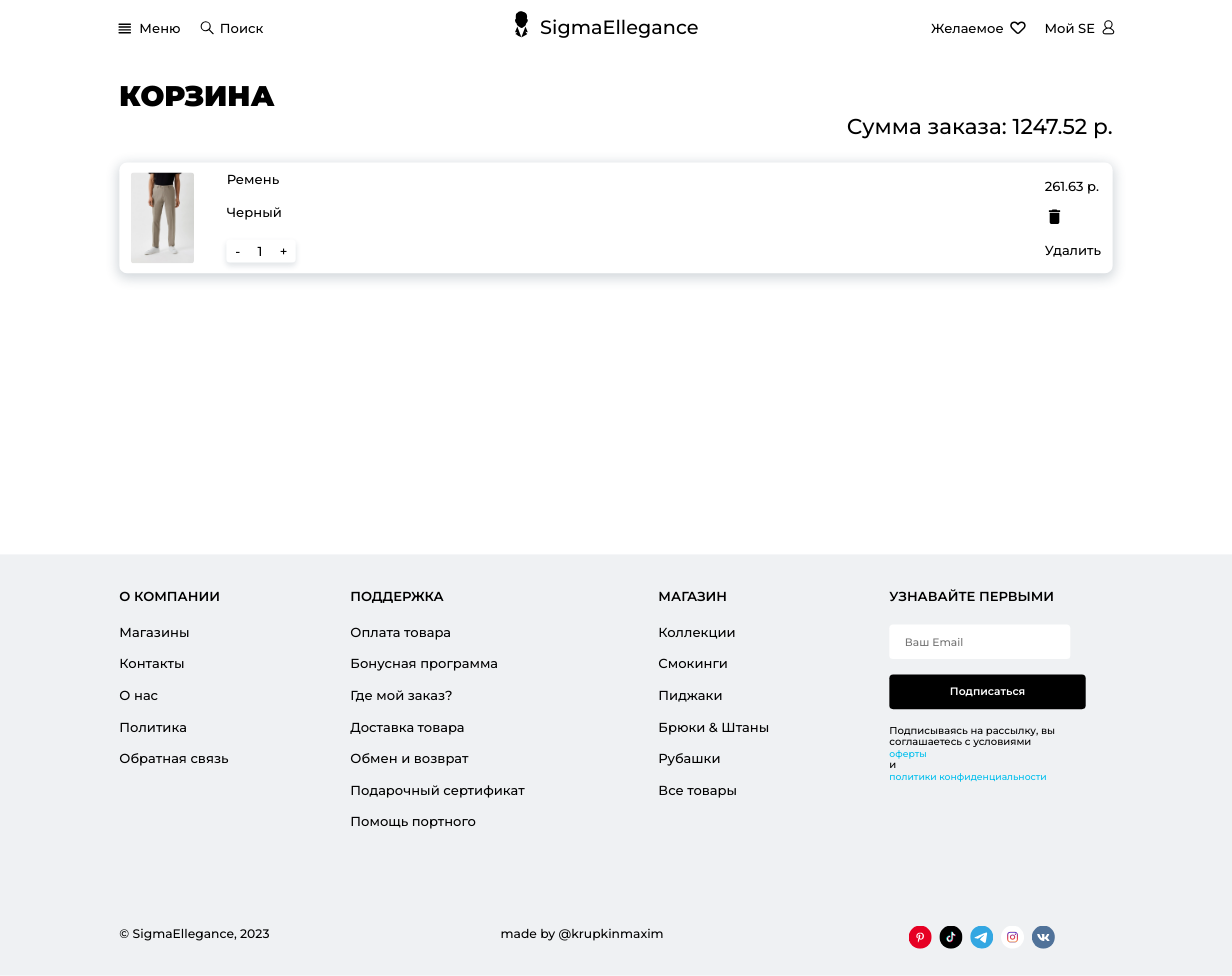
Repository: MaksimKrupkin/SigmaEllegance
Page: /cart
The author's editor kept a copy of each file at every save. The page is drawn from the files as they stood at one save, then again after the next save.
The browser window is 1280 px wide. The page is 1600 px wide, so the pictures cover 1600 px, including what lies to the right of the window. The pictures show the whole page, at 77% of full size.
Some web fonts or font styles are not loaded; a fallback is used. The project was rebuilt for these pictures with package versions that can differ from the ones it lists, and the page was loaded fresh each time. Also part of the build but not shown: src/Components/SideBar/SideBar.module.css, src/Components/SideBar/SideBar.jsx, src/Pages/HomePage.module.css, src/Components/SliderWrapper/SliderWrapper.module.css, src/Components/SliderCard/SliderCard.module.css, src/Components/SliderCard/SliderCard.jsx, src/Components/LeftArrow/LeftArrow.module.css, src/Components/LeftArrow/LeftArrow.jsx and 31 more.

Above is the page before, as saved 2023-12-19 20:00:37.

After the next save:
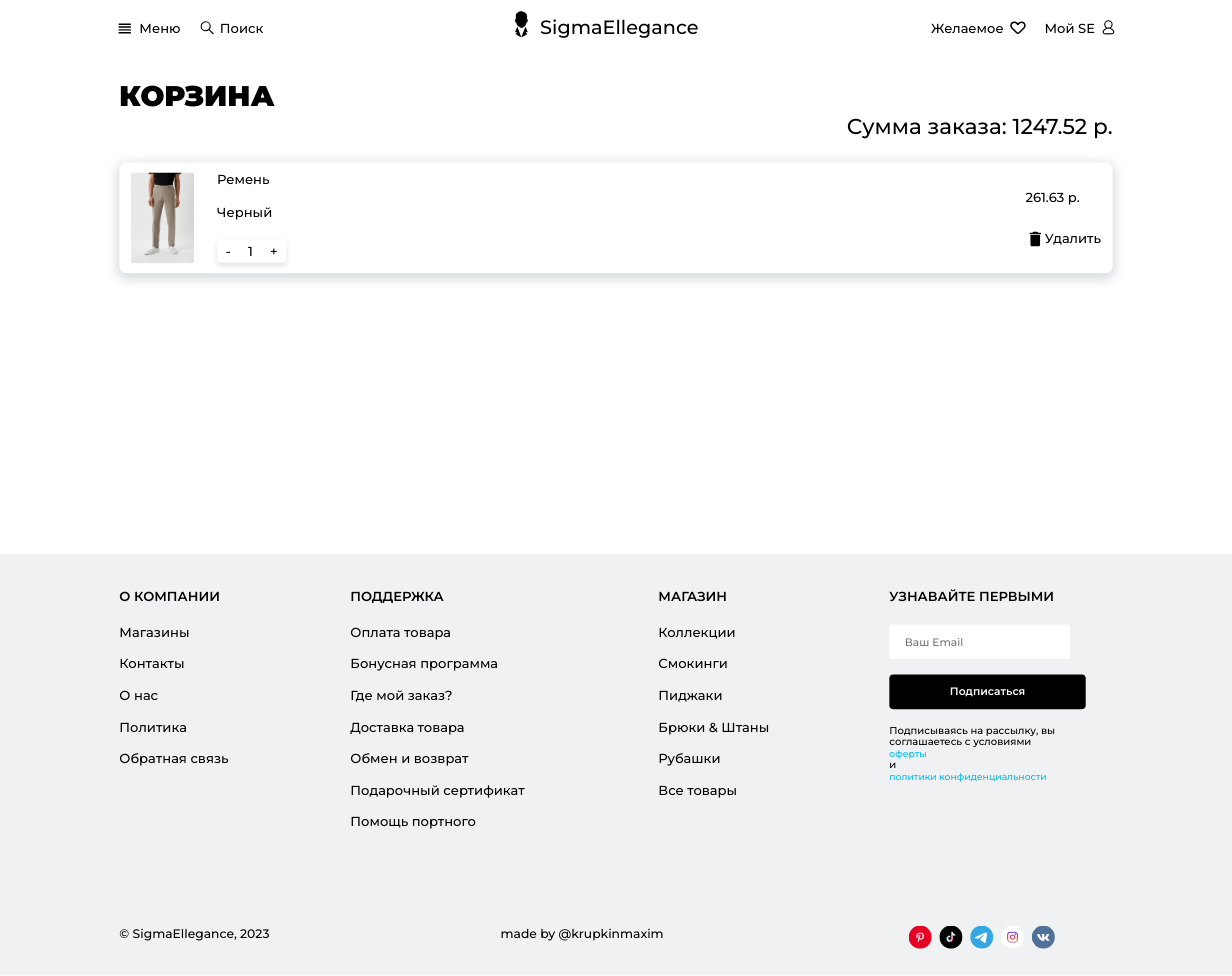
Saved 27 s later.
--- a/src/Pages/Cart/Cart.module.css
+++ b/src/Pages/Cart/Cart.module.css
@@ -80,3 +80,8 @@
   font-size: 17px;
   font-weight: 500;
 }
+.goods_delete {
+  display: flex;
+  justify-content: space-between;
+  align-items: center;
+}
